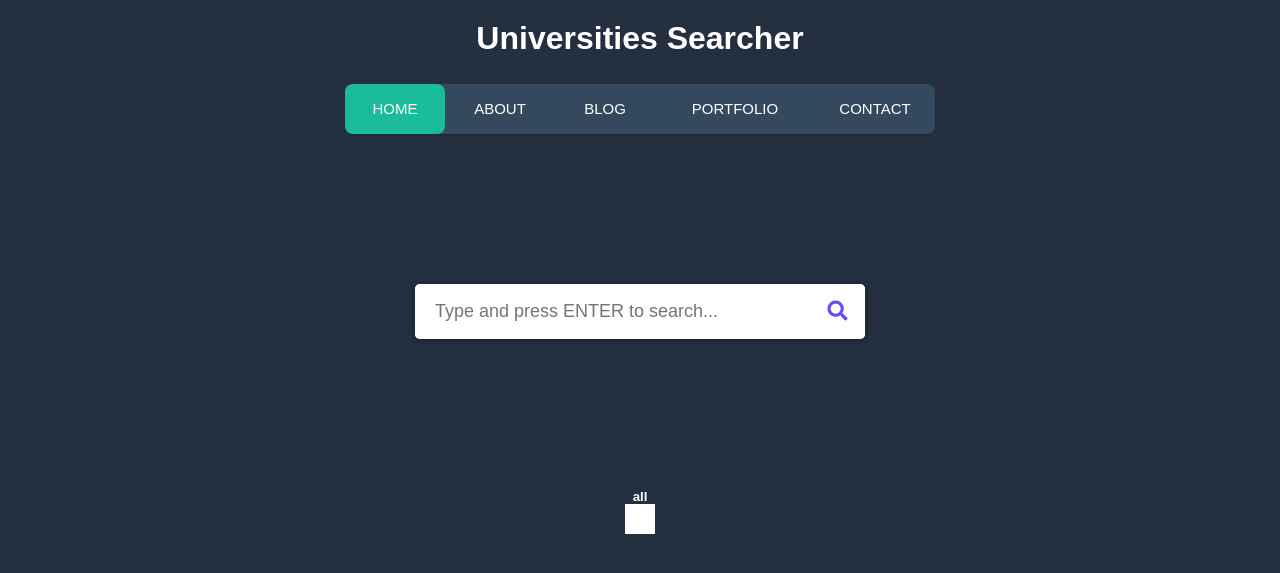
Repository: tommydj9/uni
Page: web/src/index.html
An editor plug-in stored every save of this project. The page is shown before and after the next save, followed by the edit.
The browser window is 1280 px wide. The pictures show the whole page.
The page's requests for data from a server got no answer.

Above is the page before, as saved 2022-07-19 14:41:30.
Console error: ReferenceError: $ is not defined

### web/src/index.html
<!DOCTYPE html>
<html lang="en">

<head>
    <meta charset="UTF-8">
    <meta http-equiv="X-UA-Compatible" content="IE=edge">
    <meta name="viewport" content="width=device-width, initial-scale=1.0">
    <title>Uni</title>
    <link rel="stylesheet" href="style.css">
    <meta name="viewport" content="width=device-width, initial-scale=1.0">
    <link rel="stylesheet" href="https://cdnjs.cloudflare.com/ajax/libs/font-awesome/5.15.3/css/all.min.css" />
    <script language="JavaScript" type="index.js/JavaScript"></script>

</head>

<body>



    <div id="title">
        <h1>Universities Searcher</h1>
    </div>





    <header>
        <div id="nav" class="container">

            <h1 class="logo"></h1>


            <nav>
                <a href="#pagina2">Home</a>
                <a href="#">About</a>
                <a href="#">Blog</a>
                <a href="#">Portfolio</a>
                <a href="#">Contact</a>
                <div class="animation start-home"></div>
            </nav>


        </div>
    </header>


    <div class="wrapper">
        <div class="search-input">
            <input id="search-input-text" type="text" onkeyup=" onSearchInputKeyUp(event)"
                placeholder="Type and press ENTER to search...">
            <div class="icon"><i class="fas fa-search"></i></div>

        </div>

    </div>


    <h5 id="allBtn">all</h5>

    <div id="universities">
        <!-- Ogni università sarà fatta così, ma le creiamo in JS
        <div class="university">
            <h2>Uni 1</h2>
            <img src="https://upload.wikimedia.org/wikipedia/it/b/be/Logo_Politecnico_Milano.png">
            <p>asdasdasdasdas</p>
        </div>
        -->




    </div>
    <div id="loader-wrapper">
        <span class="loader"><span class="loader-inner"></span></span>
    </div>







    <script src="https://cdn.jsdelivr.net/npm/axios/dist/axios.min.js"></script>
    <script src="index.js"></script>
</body>

</html>

### web/src/style.css
body {
  text-align: center;
  font-family: 'Segoe UI', Tahoma, Geneva, Verdana, sans-serif;
  background: #644bff;
  color: white;
  padding: 20px;
}

a {
  text-decoration: none;
}

@import url('https://fonts.googleapis.com/css2?family=Poppins:wght@200;300;400;500;600;700&display=swap');

* {
  margin: 0;
  padding: 0;
  box-sizing: border-box;
  font-family: 'Poppins', sans-serif;
}


::selection {
  color: #fff;
  background: #664AFF;
}

.wrapper {
  max-width: 450px;
  margin: 150px auto;
}

.wrapper .search-input {
  background: #fff;
  width: 100%;
  border-radius: 5px;
  position: relative;
  box-shadow: 0px 1px 5px 3px rgba(0, 0, 0, 0.12);
}

.search-input input {
  height: 55px;
  width: 100%;
  outline: none;
  border: none;
  border-radius: 5px;
  padding: 0 60px 0 20px;
  font-size: 18px;
  box-shadow: 0px 1px 5px rgba(0, 0, 0, 0.1);
}

.search-input.active input {
  border-radius: 5px 5px 0 0;
}

.search-input .autocom-box {
  padding: 0;
  opacity: 0;
  pointer-events: none;
  max-height: 280px;
  overflow-y: auto;
}

.search-input.active .autocom-box {
  padding: 10px 8px;
  opacity: 1;
  pointer-events: auto;
}

.autocom-box li {
  list-style: none;
  padding: 8px 12px;
  display: none;
  width: 100%;
  cursor: default;
  border-radius: 3px;
}

.search-input.active .autocom-box li {
  display: block;
}

.autocom-box li:hover {
  background: #efefef;
}

.search-input .icon {
  position: absolute;
  right: 0px;
  top: 0px;
  height: 55px;
  width: 55px;
  text-align: center;
  line-height: 55px;
  font-size: 20px;
  color: #644bff;
  cursor: pointer;
}

@import url('https://fonts.googleapis.com/css?family=Open+Sans&display=swap');

body {
  font-family: 'Open Sans', sans-serif;
  background: #2c3e50;
}

nav {
  position: relative;
  margin: 27px auto 0;
  width: 590px;
  height: 50px;
  background: #34495e;
  border-radius: 8px;
  font-size: 0;
  box-shadow: 0 2px 3px 0 rgba(0, 0, 0, .1);
}

nav a {
  font-size: 15px;
  text-transform: uppercase;
  color: white;
  text-decoration: none;
  line-height: 50px;
  position: relative;
  z-index: 1;
  display: inline-block;
  text-align: center;
}

nav .animation {
  position: absolute;
  height: 100%;
  /* height: 5px; */
  top: 0;
  /* bottom: 0; */
  z-index: 0;
  background: #1abc9c;
  border-radius: 8px;
  transition: all .5s ease 0s;
}

nav a:nth-child(1) {
  width: 100px;
}

nav .start-home,
a:nth-child(1):hover~.animation {
  width: 100px;
  left: 0;
}

nav a:nth-child(2) {
  width: 110px;
}

nav .start-about,
a:nth-child(2):hover~.animation {
  width: 110px;
  left: 100px;
}

nav a:nth-child(3) {
  width: 100px;
}

nav .start-Pricing,
a:nth-child(3):hover~.animation {
  width: 100px;
  left: 210px;
}

nav a:nth-child(4) {
  width: 160px;
}

nav .start-contact,
a:nth-child(4):hover~.animation {
  width: 160px;
  left: 310px;
}

nav a:nth-child(5) {
  width: 120px;
}

nav .start-Portfolio,
a:nth-child(5):hover~.animation {
  width: 120px;
  left: 470px;
}

#universities {
  max-width: 1650px;
  margin: 0 auto;
}

.university {
  margin: 20px;
  padding: 15px;
  background-color: white;
  border-radius: 20px;
  display: inline-block;
  width: 500px;
  height: 400px;
  text-align: center;
  cursor: pointer;
}

.university img {
  height: 300px;
  padding-top: 15px;
  padding-bottom: 15px;
  box-shadow: #34495e;
}

body,
html {
  height: 100%;
  text-align: center;
}

body {
  background-color: #242F3F;
}

.loader {
  display: inline-block;
  width: 30px;
  height: 30px;
  position: relative;
  border: 4px solid #Fff;
  top: 50%;
  animation: loader 2s infinite ease;
}

.loader-inner {
  vertical-align: top;
  display: inline-block;
  width: 100%;
  background-color: #fff;
  animation: loader-inner 2s infinite ease-in;
}

.allBtn {
  display: flex;
  flex-direction: row;
  position: absolute;
  right: 100px;
}

@keyframes loader {
  0% {
    transform: rotate(0deg);
  }

  25% {
    transform: rotate(180deg);
  }

  50% {
    transform: rotate(180deg);
  }

  75% {
    transform: rotate(360deg);
  }

  100% {
    transform: rotate(360deg);
  }
}

@keyframes loader-inner {
  0% {
    height: 0%;
  }

  25% {
    height: 0%;
  }

  50% {
    height: 100%;
  }

  75% {
    height: 100%;
  }

  100% {
    height: 0%;
  }
}

### web/src/index.js


const serverAddress = 'http://127.0.0.1:5000' // 127.0.0.1 è in HTTP l'indirizzo locale
// Cioè localhost
// Cioè, il tuo computer
// Ci va bene solo finché siamo in fase di sviluppo e lavoriamo sul nostro computer.
function getUniversities() {



    const searchInput = document.getElementById('search-input-text').value;


    axios.get(serverAddress + `/universities?search=${searchInput}`)
        .then(function (response) {
            // handle success

            const listOfUniversities = response.data.universities;

            document.getElementById("universities").replaceChildren([]);

            for (let i = 0; i < 10; i++) {

                const university = listOfUniversities[i]
                const universityNode = document.createElement('div');
                const universityTitleNode = document.createElement('h2');
                const universityImageNode = document.createElement('img');
                const universityDescriptionNode = document.createElement('p');
                universityTitleNode.innerText = university.name;
                universityImageNode.src = university.imgSrc;
                universityDescriptionNode.innerText = university.description;
                universityNode.classList.add('university');
                universityNode.appendChild(universityTitleNode);
                universityNode.appendChild(universityImageNode);
                universityNode.appendChild(universityDescriptionNode);

                document.getElementById("universities").appendChild(universityNode);

            }

            let btnAll = document.getElementById('allBtn');


            btnAll.addEventListener('click', function all() {

                document.getElementById("universities").replaceChildren([]);

                console.log(listOfUniversities.length);



                for (let i = 0; i < 19590; i++) {

                    const university = listOfUniversities[i]
                    const universityNode = document.createElement('div');
                    const universityTitleNode = document.createElement('h2');
                    const universityImageNode = document.createElement('img');
                    const universityDescriptionNode = document.createElement('p');
                    universityTitleNode.innerText = university.name;
                    universityImageNode.src = university.imgSrc;
                    universityDescriptionNode.innerText = university.description;
                    universityNode.classList.add('university');
                    universityNode.appendChild(universityTitleNode);
                    universityNode.appendChild(universityImageNode);
                    universityNode.appendChild(universityDescriptionNode);

                    document.getElementById("universities").appendChild(universityNode);
                }

            });
        })
        .catch(function (error) {
            // handle error
            console.log(error);
        })
}

function onSearchInputKeyUp(e) {



    if (e.key === 'Enter') {
        getUniversities();
    }



    if (e.key.value === 'ciao') {
        alert('ciao');
    }


    if (e.key.value === 'ciao') {
        getUniversities();
    }

}



function onLoad() {
    // Quello che vogliamo che succeda non appena la pagina ha finito di caricare la prima volta.
    getUniversities();
    let load = document.getElementById('');
}

window.onload = onLoad;


$(window).on("load", function () {
    $(".loader-wrapper").fadeOut("slow");
})

After the next save:
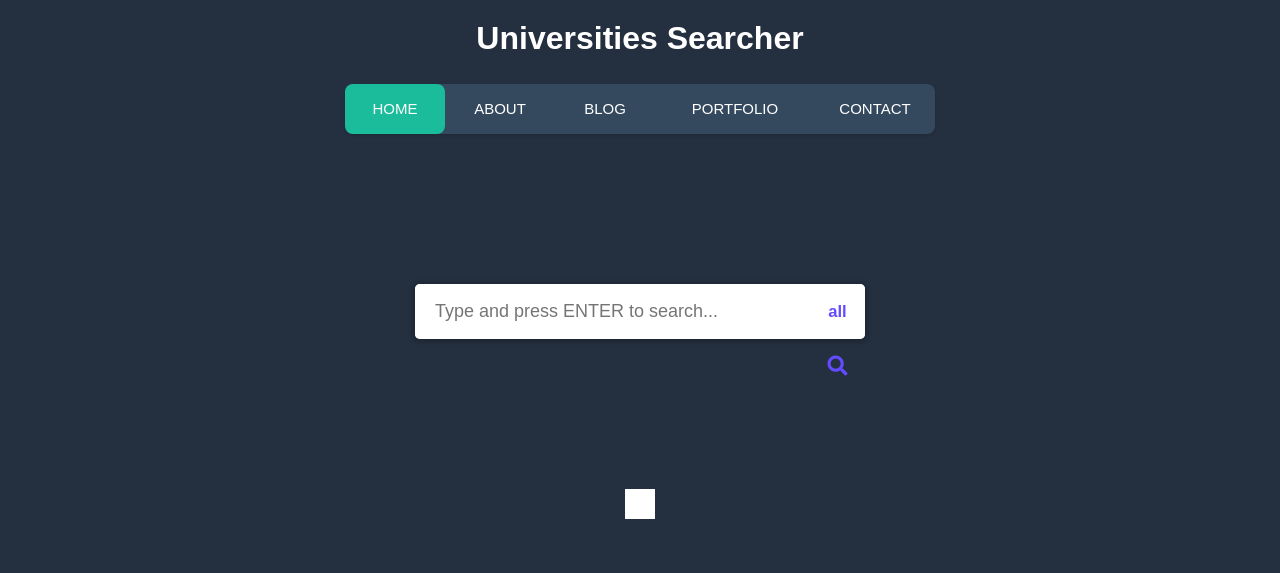
Saved 37 s later.
--- a/web/src/index.html
+++ b/web/src/index.html
@@ -49,14 +49,16 @@
         <div class="search-input">
             <input id="search-input-text" type="text" onkeyup=" onSearchInputKeyUp(event)"
                 placeholder="Type and press ENTER to search...">
-            <div class="icon"><i class="fas fa-search"></i></div>
+            <div class="icon">
+                <h5 id="allBtn">all</h5><i class="fas fa-search"></i>
+            </div>
 
         </div>
 
     </div>
 
 
-    <h5 id="allBtn">all</h5>
+
 
     <div id="universities">
         <!-- Ogni università sarà fatta così, ma le creiamo in JS
